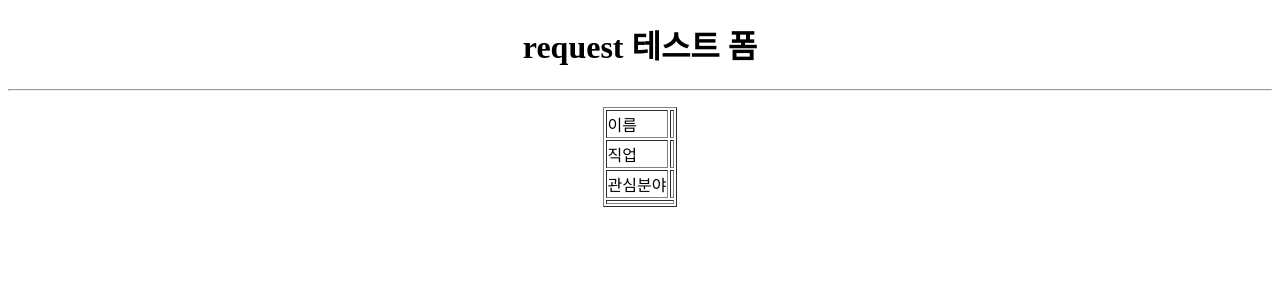
Repository: nijooymik/smartfactory
Page: http://localhost/t0720/re.jsp
These files come from the project's save history. The page is drawn as it stood at one moment and after the next save; the edit follows.
The browser window is 1280 px wide. The pictures show the whole page.
The page is served by Tomcat 9.

Above is the page before, as saved 2022-07-20 03:10:11.

### jsp/t0720/src/main/webapp/re.jsp
<%@ page language="java" contentType="text/html; charset=EUC-KR"
    pageEncoding="EUC-KR"%>
<!DOCTYPE html>
<html>
<head>
<meta charset="EUC-KR">
<title>Insert title here</title>
</head>
<body>
	<center>
		<h1>request 테스트 폼</h1>
		<hr>
		<p>

			<table border=1><tr>
				<td>이름</td>
				<td></td>
			</tr>
			<tr>
				<td>직업</td>
				<td></td>
			</tr>
			<tr>
				<td>관심분야</td>
				<td></td>
			</tr>
			<tr>
				<td colspan=2></td>
			</tr>



		</table>
	</center>
</body>
</html>

After the next save:
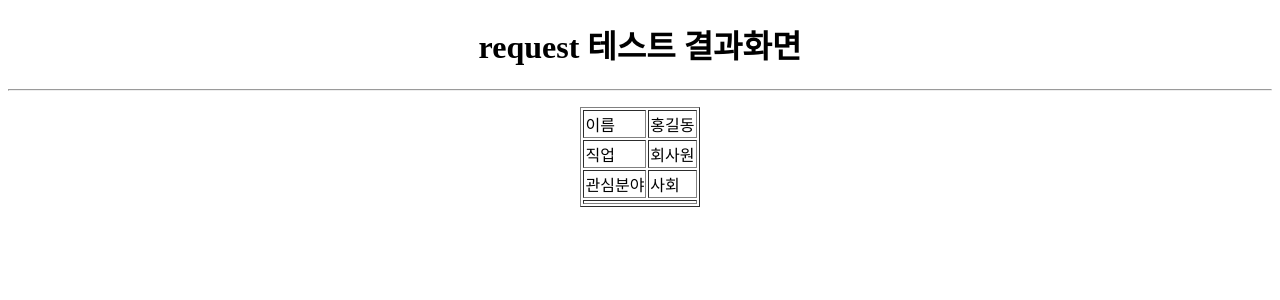
Saved 5 s later.
--- a/jsp/t0720/src/main/webapp/re.jsp
+++ b/jsp/t0720/src/main/webapp/re.jsp
@@ -8,24 +8,24 @@
 </head>
 <body>
 	<center>
-		<h1>request 테스트 폼</h1>
+		<h1>request 테스트 결과화면</h1>
 		<hr>
 		<p>
 
 			<table border=1><tr>
 				<td>이름</td>
-				<td></td>
+				<td>홍길동</td>
 			</tr>
 			<tr>
 				<td>직업</td>
-				<td></td>
+				<td>회사원</td>
 			</tr>
 			<tr>
 				<td>관심분야</td>
-				<td></td>
+				<td>사회</td>
 			</tr>
 			<tr>
-				<td colspan=2></td>
+				<td colspan=2 align=center></td>
 			</tr>
 
 
